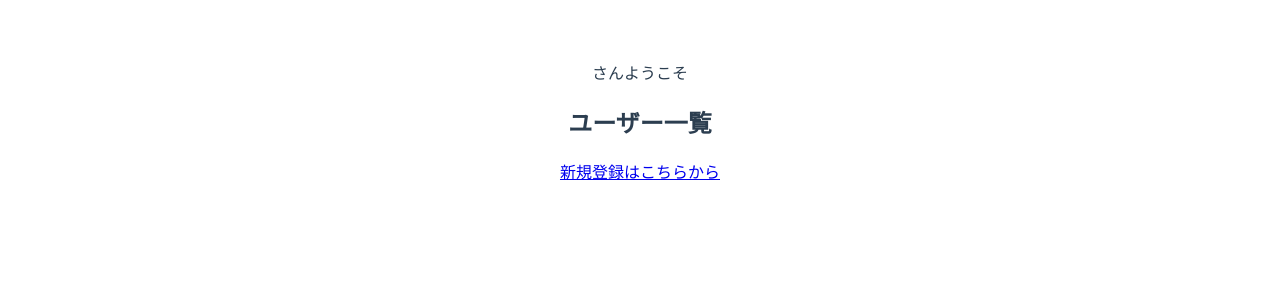
Repository: daisukey623/authentication
Page: /
The author's editor kept a copy of each file at every save. The page is drawn from the files as they stood at one save, then again after the next save.
The browser window is 1280 px wide. The pictures show the whole page.
The project was rebuilt for these pictures with package versions that can differ from the ones it lists, and the page was loaded fresh each time. Also part of the build but not shown: src/views/Login.vue, src/views/Register.vue.

Above is the page before, as saved 2021-05-22 19:12:42.

### src/main.js
import Vue from 'vue';
import App from './App.vue';
import router from './router';
import firebase from 'firebase/app';
import 'firebase/firestore';


  // Your web app's Firebase configuration
  const firebaseConfig = {
    apiKey: "AIzaSyALEeG-uCX4SsTwYA51b2yka3Lb7Iv2w4Q",
    authDomain: "vuejs-http-de60c.firebaseapp.com",
    projectId: "vuejs-http-de60c",
    storageBucket: "vuejs-http-de60c.appspot.com",
    messagingSenderId: "897481049619",
    appId: "1:897481049619:web:c9e774a648e193e87c61e6"
  };
  // Initialize Firebase
  firebase.initializeApp(firebaseConfig);


new Vue({
  router,
  render: h => h(App)
}).$mount('#app');

export default firebase

// export const signupUserWithEmailAndPassword = async (email,password) => {
//   try {
//      const user = await firebase.auth().createUserWithEmailAndPassword(email, password)
//      console.log('登録成功')
//      return user;

//   } catch(error) {
//     console.log(error);
//     alert('登録失敗')
//   }
// }

### src/App.vue
<template>
  <div id="app">
    <header>
    <router-view></router-view>
    </header>
  </div>
</template>

<style scoped>
.header-item {
  padding: 10px;
}

</style>

<style>
#app {
  font-family: 'Avenir', Helvetica, Arial, sans-serif;
  -webkit-font-smoothing: antialiased;
  -moz-osx-font-smoothing: grayscale;
  text-align: center;
  color: #2c3e50;
  margin-top: 60px;
}
</style>

### src/router/index.js
import Vue from 'vue'
import VueRouter from 'vue-router'
import Dashboard from '../views/Dashboard.vue';
import Login from '../views/Login.vue';
import Register from '../views/Register.vue';


Vue.use(VueRouter)

const routes = [
  {
    path: '/',
    component: Dashboard
  },
  {
    path: '/login',
    component: Login
  },
  {
    path: '/register',
    component: Register
  },
]

const router = new VueRouter({
  mode: 'history',
  base: process.env.BASE_URL,
  routes
})

export default router

### src/views/Dashboard.vue
<template>
  <div>
    <div>{{ userName }}さんようこそ</div>
    <h2>ユーザー一覧</h2>
        <router-link to="/register">新規登録はこちらから</router-link>
  </div>
</template>

<script>
import firebase from 'firebase';
export default {
  data() {
    return {
      // name: '',
      comment: '',
      userName: getName,
    };
  },
};
</script>

Loaded but not shown: public/index.html (common file)

After the next save:
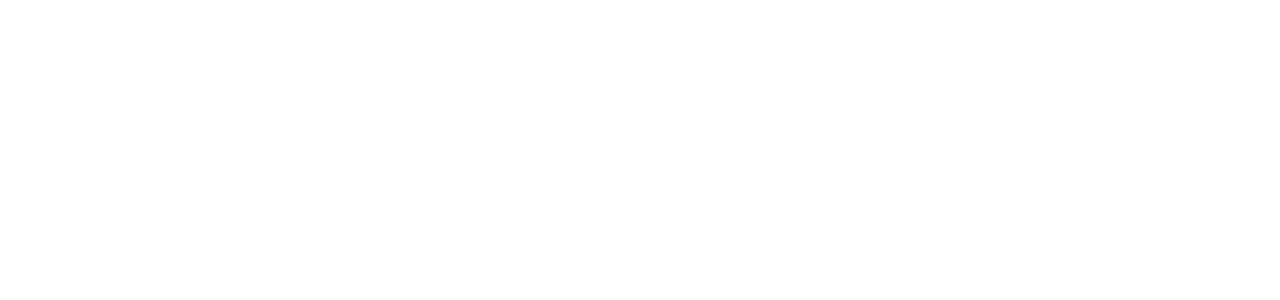
Console error: ReferenceError: conpute is not defined
Saved 4 s later.
--- a/src/views/Dashboard.vue
+++ b/src/views/Dashboard.vue
@@ -15,6 +15,6 @@
       comment: '',
       userName: getName,
     };
-  },
+  },conpute
 };
 </script>

After the 3 saves that followed:
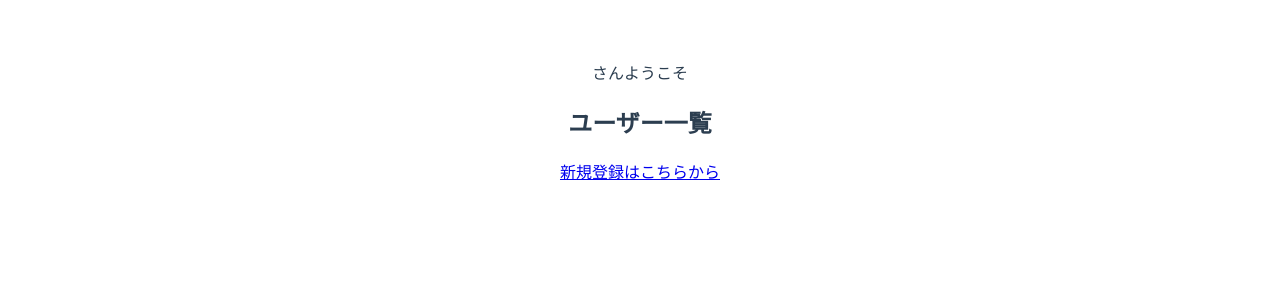
The error is gone.
The 3 saves are shown as one change because 1 left the picture as it was and some came seconds apart.
The last was saved 12 s later.
--- a/src/views/Dashboard.vue
+++ b/src/views/Dashboard.vue
@@ -15,6 +15,8 @@
       comment: '',
       userName: getName,
     };
-  },conpute
+  },computed:{
+
+  }
 };
 </script>
